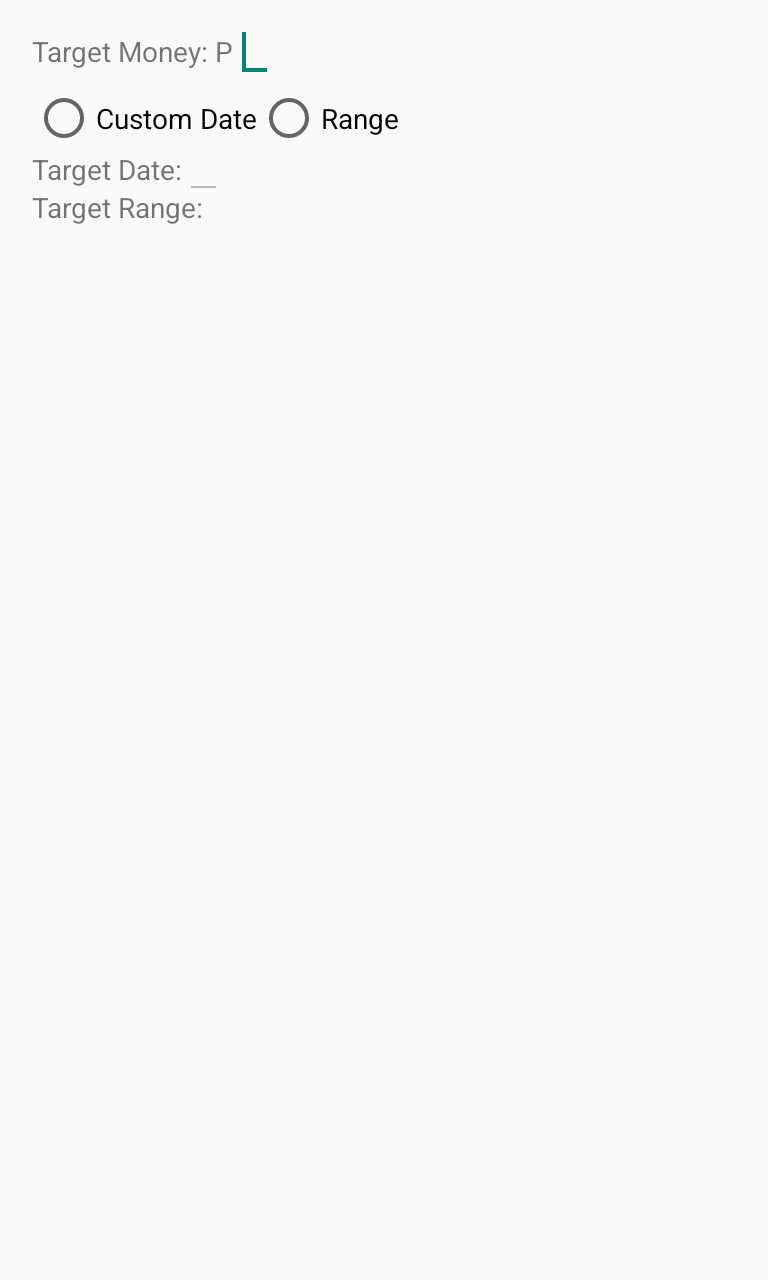
Repository: japheth-starita/SavingsApp
Layout: SavingsApp/res/layout/activity_preferences.xml
An editor plug-in stored every save of this project. The layout is shown before and after the next save, followed by the edit.
It is drawn on a 768 x 1280 px phone screen (xhdpi) without system bars, with theme AppTheme; the app's code is not run.

Above is the layout before, as saved 2016-01-30 08:43:59.

After the next save:
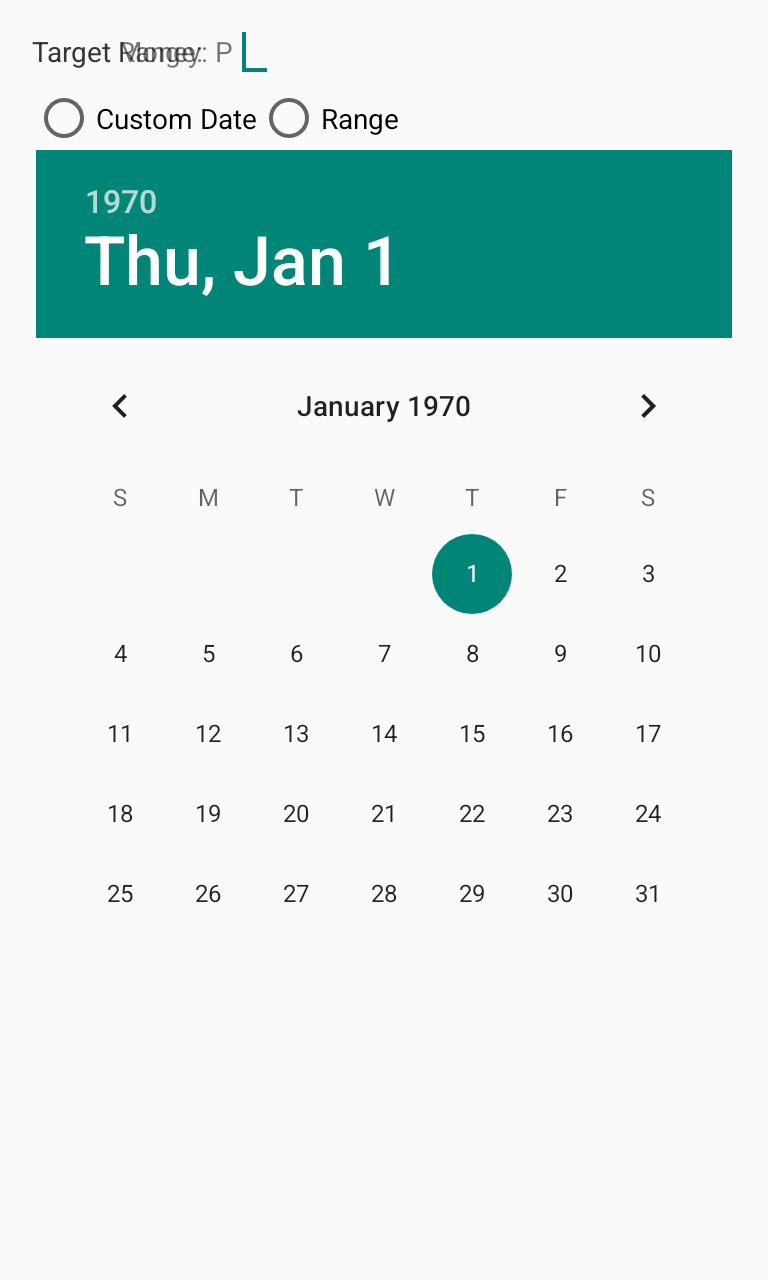
Saved 7 min 28 s later.
--- a/SavingsApp/res/layout/activity_preferences.xml
+++ b/SavingsApp/res/layout/activity_preferences.xml
@@ -44,23 +44,12 @@
         android:onClick="onRadioButtonClicked"/>
 	</RadioGroup>
 
-    <TextView
-        android:id="@+id/lblTargetDate"
+   <DatePicker
+        android:id="@+id/targetDate"
         android:layout_width="wrap_content"
         android:layout_height="wrap_content"
         android:layout_below="@+id/rbgrpSetting"
-        android:text="Target Date:" />
-
-    <EditText
-        android:id="@+id/txtTargetDate"
-        android:layout_width="wrap_content"
-        android:layout_height="wrap_content"
-        android:layout_alignBaseline="@+id/lblTargetDate"
-        android:layout_toRightOf="@+id/lblTargetDate"
-        android:layout_centerHorizontal="true"
-        android:inputType="date"
-        android:enabled="false">
-    </EditText>
+        android:layout_centerHorizontal="true" />
 
     <TextView
         android:id="@+id/lblTargetRange"
